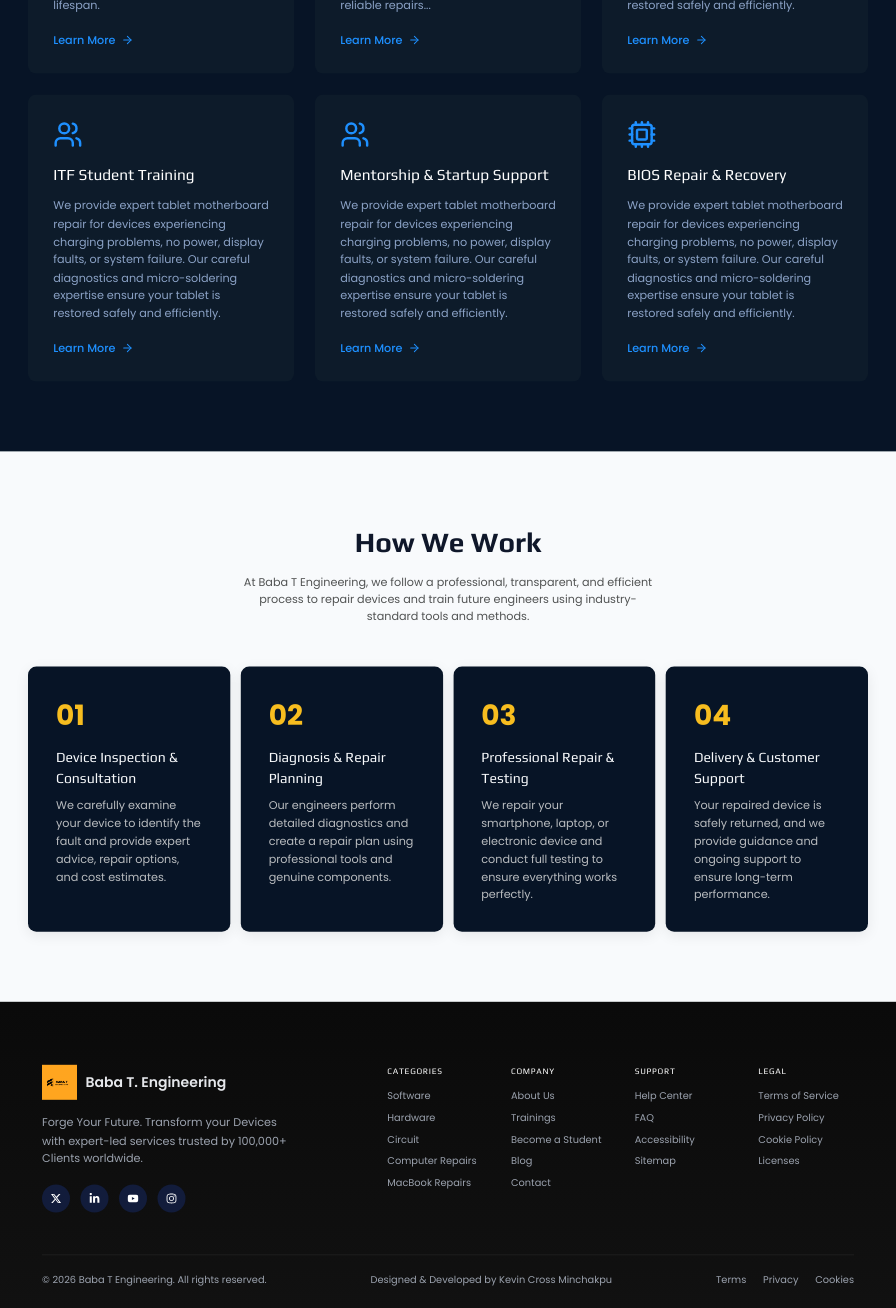
Repository: KC-Minchakpu/babatunde
Page: /services
The author's editor kept a copy of each file at every save. The page is drawn from the files as they stood at one save, then again after the next save.
The browser window is 1280 px wide. The pictures show the part of the page from y = 1093 to 3013 px (the page is 2962 px tall before and 3013 px after), at 70% of full size.
The project was rebuilt for these pictures with package versions that can differ from the ones it lists, and the page was loaded fresh each time. The framework's server and built-in components were replaced by stand-ins that run in the browser. Also part of the build but not shown: next.config.ts.

Above is the page before, as saved 2026-02-23 13:22:23.

### src/app/layout.tsx
import type { Metadata } from "next";
import { Play, Poppins } from "next/font/google";
import "./globals.css";
import Header from "@/components/Header/Header";
import Footer from "@/components/Footer/Footer";

const play = Play({
  variable: "--font-play",
  subsets: ["latin"],
  weight: ["400", "700"],
});

const poppins = Poppins({
  variable: "--font-poppins",
  subsets: ["latin"],
  weight: ["400", "500", "600", "700"],
});

export const metadata: Metadata = {
  title: "Baba T Engineering",
  description: "Official web app of Baba T Engineering, a leading engineering company specializing in innovative solutions and cutting-edge technology.",
};

export default function RootLayout({
  children,
}: Readonly<{
  children: React.ReactNode;
}>) {
  return (
    <html lang="en">
      <body
        className={`${play.variable} ${poppins.variable} antialiased`}
      >
        <Header />
        {children}
        <Footer />
      </body>
    </html>
  );
}

### src/app/services/page.tsx
import HowWeWork from "@/components/Services/HowWeWork";
import Services from "@/components/Services/Services";

export default function ServicesPage() {
  return (
    <>
    <Services />
    <HowWeWork />
    </>
  );
}

### src/app/globals.css
@import "tailwindcss";

:root {
  --background: #f2fafa;
  --foreground: #1f1e1e;
}

body {
  background: var(--background);
  color: var(--foreground);
  font-family: var(--font-poppins);
}

h1, h2, h3, h4, h5, h6 {
  font-family: var(--font-play);
}

h1 {
  color: red;
  font-size: 35px;
}

### src/components/Header/Header.tsx
"use client";

import Link from "next/link";
import Image from "next/image";
import styles from "./Header.module.css";
import { useState } from "react";
import { usePathname } from "next/navigation";

const Header = () => {
  const [isOpen, setIsOpen] = useState(false);
  const pathname = usePathname();

  const isActive = (path: string) => pathname === path;
  const isAboutActive = () => pathname.startsWith("/about");

  return (
    <header className={styles.header}>
      <div className={styles.container}>
        {/* Logo */}
        <div className={styles.logo}>
          <Link href="/">
            <Image
              src="/images/logo23.png"
              alt="Baba T Logo"
              width={60}
              height={60}
            />
          </Link>
          <span className={styles.logoText}>Baba T</span>
        </div>

        {/* Navigation */}
        <nav className={styles.nav}>
          <Link
            href="/"
            className={isActive("/") ? styles.active : ""}
          >
            Home
          </Link>

          <div
            className={styles.dropdown}
            onMouseEnter={() => setIsOpen(true)}
            onMouseLeave={() => setIsOpen(false)}
          >
            <Link
              href="/about"
              className={`${styles.dropdownToggle} ${
                isAboutActive() ? styles.active : ""
              }`}
            >
              About
            </Link>

            {isOpen && (
              <div className={styles.dropdownMenu}>
                <Link href="/about/history" className={isActive("/about/history") ? styles.active : ""}>
                  Our History
                </Link>
                <Link
                  href="/about/team"
                  className={
                    isActive("/about/team") ? styles.active : ""
                  }
                >
                  Our Team
                </Link>
                <Link href="/about/mission" className={isActive("/about/mission") ? styles.active : ""}>
                  Mission & Vision
                </Link>
                <Link href="/about/values" className={isActive("/about/values") ? styles.active : ""}>
                  Core Values
                </Link>
                <Link href="/about/careers" className={isActive("/about/careers") ? styles.active : ""}>
                  Careers
                </Link>
              </div>
            )}
          </div>

          <Link
            href="/admissions"
            className={
              isActive("/admissions") ? styles.active : ""
            }
          >
            Admissions
          </Link>

          <Link
            href="/services"
            className={isActive("/services") ? styles.active : ""}
          >
            Services
          </Link>

          <Link
            href="/training-programs"
            className={
              isActive("/training-programs") ? styles.active : ""
            }
          >
            Training Programs
          </Link>

          <Link
            href="/blog"
            className={isActive("/blog") ? styles.active : ""}
          >
            Blog
          </Link>

          <Link
            href="/contact"
            className={isActive("/contact") ? styles.active : ""}
          >
            Contact Us
          </Link>
        </nav>

        {/* Auth Buttons */}
        <div className={styles.actions}>
          <button className={styles.signIn}>Sign In</button>
          <button className={styles.signUp}>Sign Up</button>
        </div>
      </div>
    </header>
  );
};

export default Header;

### src/components/Footer/Footer.tsx
"use client";

import Image from "next/image";
import styles from "./Footer.module.css";
import {
  FaXTwitter,
  FaLinkedinIn,
  FaYoutube,
  FaInstagram
} from "react-icons/fa6";

export default function Footer() {
  return (
    <footer className={styles.footer}>
      <div className={styles.container}>
        <div className={styles.topSection}>

          {/* LEFT BRAND AREA */}
          <div className={styles.brand}>
            <div className={styles.logo}>
              <Image
                src="/images/logo23.png"
                alt="Baba T Logo"
                width={50}
                height={50}
              />
              <span>Baba T. Engineering</span>
            </div>

            <p>
              Forge Your Future. Transform your Devices with expert-led services
              trusted by 100,000+ Clients worldwide.
            </p>

            {/* SOCIAL ICONS */}
            <div className={styles.socials}>
              <a href="#" aria-label="Twitter">
                <FaXTwitter />
              </a>
              <a href="#" aria-label="LinkedIn">
                <FaLinkedinIn />
              </a>
              <a href="#" aria-label="YouTube">
                <FaYoutube />
              </a>
              <a href="#" aria-label="Instagram">
                <FaInstagram />
              </a>
            </div>
          </div>

          {/* LINKS GRID */}
          <div className={styles.linksGrid}>
            <div>
              <h4>CATEGORIES</h4>
              <a>Software</a>
              <a>Hardware</a>
              <a>Circuit</a>
              <a>Computer Repairs</a>
              <a>MacBook Repairs</a>
            </div>

            <div>
              <h4>COMPANY</h4>
              <a>About Us</a>
              <a>Trainings</a>
              <a>Become a Student</a>
              <a>Blog</a>
              <a>Contact</a>
            </div>

            <div>
              <h4>SUPPORT</h4>
              <a>Help Center</a>
              <a>FAQ</a>
              <a>Accessibility</a>
              <a>Sitemap</a>
            </div>

            <div>
              <h4>LEGAL</h4>
              <a>Terms of Service</a>
              <a>Privacy Policy</a>
              <a>Cookie Policy</a>
              <a>Licenses</a>
            </div>
          </div>
        </div>

        <div className={styles.divider}></div>

        <div className={styles.bottomBar}>
          <p>© 2026 Baba T Engineering. All rights reserved.</p>
          <p>Designed & Developed by Kevin Cross Minchakpu</p>

          <div className={styles.bottomLinks}>
            <a>Terms</a>
            <a>Privacy</a>
            <a>Cookies</a>
          </div>
        </div>
      </div>
    </footer>
  );
}

### src/components/Services/HowWeWork.tsx
import styles from "./HowWeWork.module.css";

export default function HowWeWork() {
  return (
    <section className={styles.section}>
      <div className={styles.container}>
        <div className={styles.header}>
          <h2>How We Work</h2>
          <p>
            At Baba T Engineering, we follow a professional, transparent,
            and efficient process to repair devices and train future engineers
            using industry-standard tools and methods.
          </p>

        </div>
        <div className={styles.grid}>
          <div className={styles.card}>
            <span className={styles.number}>01</span>
            <h3>Device Inspection & Consultation</h3>
            <p>
              We carefully examine your device to identify the fault and
              provide expert advice, repair options, and cost estimates.
            </p>

          </div>
          <div className={styles.card}>
            <span className={styles.number}>02</span>
            <h3>Diagnosis & Repair Planning</h3>
            <p>
              Our engineers perform detailed diagnostics and create a repair
              plan using professional tools and genuine components.
            </p>

          </div>
          <div className={styles.card}>
            <span className={styles.number}>03</span>
            <h3>Professional Repair & Testing</h3>
            <p>
              We repair your smartphone, laptop, or electronic device and
              conduct full testing to ensure everything works perfectly.
            </p>
          </div>
          <div className={styles.card}>
            <span className={styles.number}>04</span>
            <h3>Delivery & Customer Support</h3>
            <p>
              Your repaired device is safely returned, and we provide guidance
              and ongoing support to ensure long-term performance.
            </p>
          </div>
        </div>
      </div>
    </section>
  );
}

### src/components/Services/Services.tsx
"use client";

import styles from "./Services.module.css";
import {
  Smartphone,
  Monitor,
  BatteryCharging,
  Cpu,
  CircuitBoard,
  Tablet,
  ArrowRight,
  Users,
} from "lucide-react";

const services = [
  {
    title: "Smartphone Board Repair",
    description:
      "We specialize in diagnosing and repairing smartphone motherboard faults caused by power issues, water damage, short circuits, and component failure. Our technicians use advanced tools and precision techniques to restore full functionality.",
    icon: Smartphone,
  },
  {
    title: "Computer Diagnostics",
    description:
      "Using advanced diagnostic tools, we identify hardware and software issues affecting system performance. From startup failures to overheating, we provide accurate assessments and effective solutions.",
    icon: Monitor,
  },
  {
    title: "Power Supply Fixes",
    description:
      "We repair and replace damaged power supply units, charging ports, and internal circuits to ensure stable power flow and device safety. Our precision work prevents further damage and enhances reliability.",
    icon: BatteryCharging,
  },
  {
    title: "Motherboard Repairs",
    description:
      "We specialize in diagnosing and repairing faulty motherboards for laptops and desktops. Our expert technicians handle complex component-level repairs to restore full functionality and extend your device’s lifespan.",
    icon: Cpu,
  },
  {
    title: "Circuit Board Fixes",
    description:
      "Our circuit board repair service focuses on identifying and fixing damaged, burnt, or malfunctioning components on electronic boards. Whether caused by electrical faults, physical damage, or wear, we provide reliable repairs...",
    icon: CircuitBoard,
  },
  {
    title: "Tablet Board Repair",
    description:
      "We provide expert tablet motherboard repair for devices experiencing charging problems, no power, display faults, or system failure. Our careful diagnostics and micro-soldering expertise ensure your tablet is restored safely and efficiently.",
    icon: Tablet,
  },
  {
    title: "ITF Student Training",
    description:
      "We provide expert tablet motherboard repair for devices experiencing charging problems, no power, display faults, or system failure. Our careful diagnostics and micro-soldering expertise ensure your tablet is restored safely and efficiently.",
    icon: Users,
  },
  {
    title: "Mentorship & Startup Support",
    description:
      "We provide expert tablet motherboard repair for devices experiencing charging problems, no power, display faults, or system failure. Our careful diagnostics and micro-soldering expertise ensure your tablet is restored safely and efficiently.",
    icon: Users,
  },
  {
    title: "BIOS Repair & Recovery",
    description:
      "We provide expert tablet motherboard repair for devices experiencing charging problems, no power, display faults, or system failure. Our careful diagnostics and micro-soldering expertise ensure your tablet is restored safely and efficiently.",
    icon: Cpu,
  },
];

export default function Services() {
  return (
    <section className={styles.services}>
      <div className={styles.container}>
        <h2 className={styles.title}>Services</h2>

        <p className={styles.subtitle}>
          Necessitatibus eius consequatur ex aliquid fuga eum quidem sint
          consectetur velit
        </p>

        <div className={styles.grid}>
          {services.map((service, index) => {
            const Icon = service.icon;

            return (
              <div key={index} className={styles.card}>
                <Icon className={styles.icon} size={42} />

                <h3>{service.title}</h3>

                <p>{service.description}</p>

                <a href="#" className={styles.link}>
                  Learn More <ArrowRight size={18} />
                </a>
              </div>
            );
          })}
        </div>
      </div>
    </section>
  );
}

### src/components/Header/Header.module.css
.header {
  width: 100%;
  height: 100px;
  background: #0F1A20;
  padding: 20px;
  position: sticky;
  top: 0;
  z-index: 1000;
}

.container {
  width: 90%;
  margin: 0 auto;
  display: flex;
  align-items: center;
  justify-content: space-between;
}

/* Logo */
.logo {
  display: flex;
  align-items: center;
  gap: 8px;
  cursor: pointer;
}

.logoCircle {
  width: 40px;
  height: 40px;
  border-radius: 50%;
  background: linear-gradient(135deg, #8e2de2, #4a00e0);
  display: flex;
  align-items: center;
  justify-content: center;
  color: white;
  font-weight: bold;
}

.logoText {
  font-size: 25px;
  font-weight: 600;
  color: #ffffff;
  font-family: "Poppins", sans-serif;
}

/* Nav */
.nav {
  display: flex;
  align-items: center;
  gap: 24px;
  font-family: 'Play', sans-serif;

}

.nav a,
.dropdownToggle {
  color: #ffffff;
  text-decoration: none;
  font-size: 19px;
  cursor: pointer;
  position: relative;
  transition: color 0.3s ease;
}

.nav a:hover,
.dropdownToggle:hover {
  color: #FFD23F;
}

/* Dropdown */
.dropdown {
  position: relative;
}

.dropdownMenu {
  position: absolute;
  width: 250px;
  top: 35px;
  left: 0;
  background: #0F1A20;
  border-radius: 8px;
  padding: 10px 0;
  min-width: 180px;
  box-shadow: 0 10px 25px rgba(0, 0, 0, 0.15);
  display: flex;
  flex-direction: column;
}

.dropdownMenu a {
  padding: 10px 16px;
  color: #ffffff;
  font-size: 19px;
  text-decoration: none;
  transition: background 0.2s ease;
}

.dropdownMenu a:hover {
  color: #FFD23F;
}

/* Buttons */
.actions {
  display: flex;
  gap: 12px;
}

.signIn {
  padding: 8px 18px;
  border-radius: 8px;
  border: none;
  cursor: pointer;
  color: white;
  background: #143458;
  font-size: 14px;
}

.signUp {
  padding: 8px 18px;
  border-radius: 8px;
  border: none;
  cursor: pointer;
  color: white;
  background: #63054b;
  font-size: 14px;
}

/* Responsive */
@media (max-width: 1024px) {
  .nav {
    display: none;
  }
}

.active {
  color: #f1b32b;
  font-weight: 600;
  position: relative;
}

.active::after {
  content: "";
  position: absolute;
  left: 0;
  bottom: -6px;
  width: 100%;
  height: 2px;
  background-color: #e9c03a;
}

### src/components/Footer/Footer.module.css
.footer {
  background: linear-gradient(
    180deg,
    #0a0a0a,
    #111111
  );
  color: #e5e7eb;
  padding: 90px 0 30px;
}

.container {
  max-width: 1200px;
  margin: 0 auto;
  padding: 0 20px;
}

/* TOP SECTION */
.topSection {
  display: flex;
  justify-content: space-between;
  gap: 60px;
}

/* BRAND */
.brand {
  flex: 1.3;
}

.logo {
  display: flex;
  align-items: center;
  gap: 12px;
  font-weight: 600;
  font-size: 20px;
  margin-bottom: 20px;
}

.logoBox {
  width: 34px;
  height: 34px;
  border-radius: 10px;
  background: linear-gradient(135deg, #14b8a6, #f97316);
}

.brand p {
  color: #9ca3af;
  line-height: 1.6;
  margin-bottom: 24px;
  max-width: 350px;
}

/* =========================
   SOCIAL ICONS
========================= */
.socials {
  display: flex;
  gap: 15px;
  margin-top: 20px;
}

.socials a {
  width: 40px;
  height: 40px;
  background: #121c3b;
  border-radius: 50%;
  display: flex;
  align-items: center;
  justify-content: center;
  color: #ffffff;
  font-size: 16px;
  transition: all 0.3s ease;
}

.socials a:hover {
  background: #f8af28;
  transform: translateY(-4px);
}


/* LINKS GRID */
.linksGrid {
  flex: 2;
  display: grid;
  grid-template-columns: repeat(4, 1fr);
  gap: 40px;
}

.linksGrid h4 {
  font-size: 12px;
  letter-spacing: 1px;
  margin-bottom: 16px;
  color: #ffffff;
}

.linksGrid a {
  display: block;
  font-size: 14px;
  color: #9ca3af;
  margin-bottom: 10px;
  cursor: pointer;
  transition: color 0.3s ease;
}

.linksGrid a:hover {
  color: #ffffff;
}

/* DIVIDER */
.divider {
  height: 1px;
  background: rgba(255, 255, 255, 0.08);
  margin: 60px 0 25px;
}

/* BOTTOM BAR */
.bottomBar {
  display: flex;
  justify-content: space-between;
  align-items: center;
  font-size: 14px;
  color: #9ca3af;
}

.bottomLinks {
  display: flex;
  gap: 24px;
}

.bottomLinks a {
  cursor: pointer;
  transition: color 0.3s ease;
}

.bottomLinks a:hover {
  color: white;
}

/* RESPONSIVE */
@media (max-width: 1024px) {
  .topSection {
    flex-direction: column;
    gap: 50px;
  }

  .linksGrid {
    grid-template-columns: repeat(2, 1fr);
  }

  .bottomBar {
    flex-direction: column;
    gap: 15px;
    text-align: center;
  }
}

@media (max-width: 600px) {
  .linksGrid {
    grid-template-columns: 1fr;
  }
}

### src/components/Services/HowWeWork.module.css
.section {
padding: 100px 20px;
background: #f8fafc;

}


.container {
max-width: 1200px;
margin: auto;

}


.header {
text-align: center;
margin-bottom: 60px;
}


.header h2 {
font-size: 40px;
font-weight: bold;
color: #0f172a;
margin-bottom: 15px;
}


.header p {
color: #505252;
font-size: 1rem;
max-width: 600px;
margin: auto;
}



.grid {
display: grid;
grid-template-columns: repeat(auto-fit, minmax(280px, 1fr));
gap: 15px;
}

.card {
background: #071426;
padding: 40px;
border-radius: 12px;
box-shadow: 0 5px 20px rgba(0,0,0,0.08);
transition: 0.3s;
}


.card:hover {
transform: translateY(-8px);
}


.number {
font-size: 40px;
font-weight: bold;
color: #f7bd1f;
display: block;
margin-bottom: 15px;
}


.card h3 {
font-size: 20px;
margin-bottom: 10px;
color: #f8fafc;
}


.card p {
color: #babdc0;
line-height: 1.6;
}

### src/components/Services/Services.module.css
.services {
  background: #071426;
  padding: 100px 20px;
  color: white;
}

.container {
  max-width: 1200px;
  margin: auto;
  text-align: center;
}

.title {
  font-size: 36px;
  font-weight: 700;
  margin-bottom: 10px;
}

.subtitle {
  color: #8ca3c7;
  margin-bottom: 60px;
}

.grid {
  display: grid;
  grid-template-columns: repeat(auto-fit, minmax(320px, 1fr));
  gap: 30px;
}

.card {
  background: #0d1b2a;
  padding: 35px;
  border-radius: 12px;
  text-align: left;

  transition: all 0.3s ease;

  border: 1px solid transparent;
}

.card:hover {
  transform: translateY(-8px);
  border-color: #1e90ff;
}

.icon {
  color: #1e90ff;
  margin-bottom: 20px;

}

.card h3 {
  margin-bottom: 15px;
  font-size: 22px;
}

.card p {
  color: #8ca3c7;
  margin-bottom: 25px;
  line-height: 1.6;
}

.link {
  display: inline-flex;
  align-items: center;
  gap: 8px;

  color: #1e90ff;
  text-decoration: none;
  font-weight: 500;
}

.link:hover {
  text-decoration: underline;
}

After the next save:
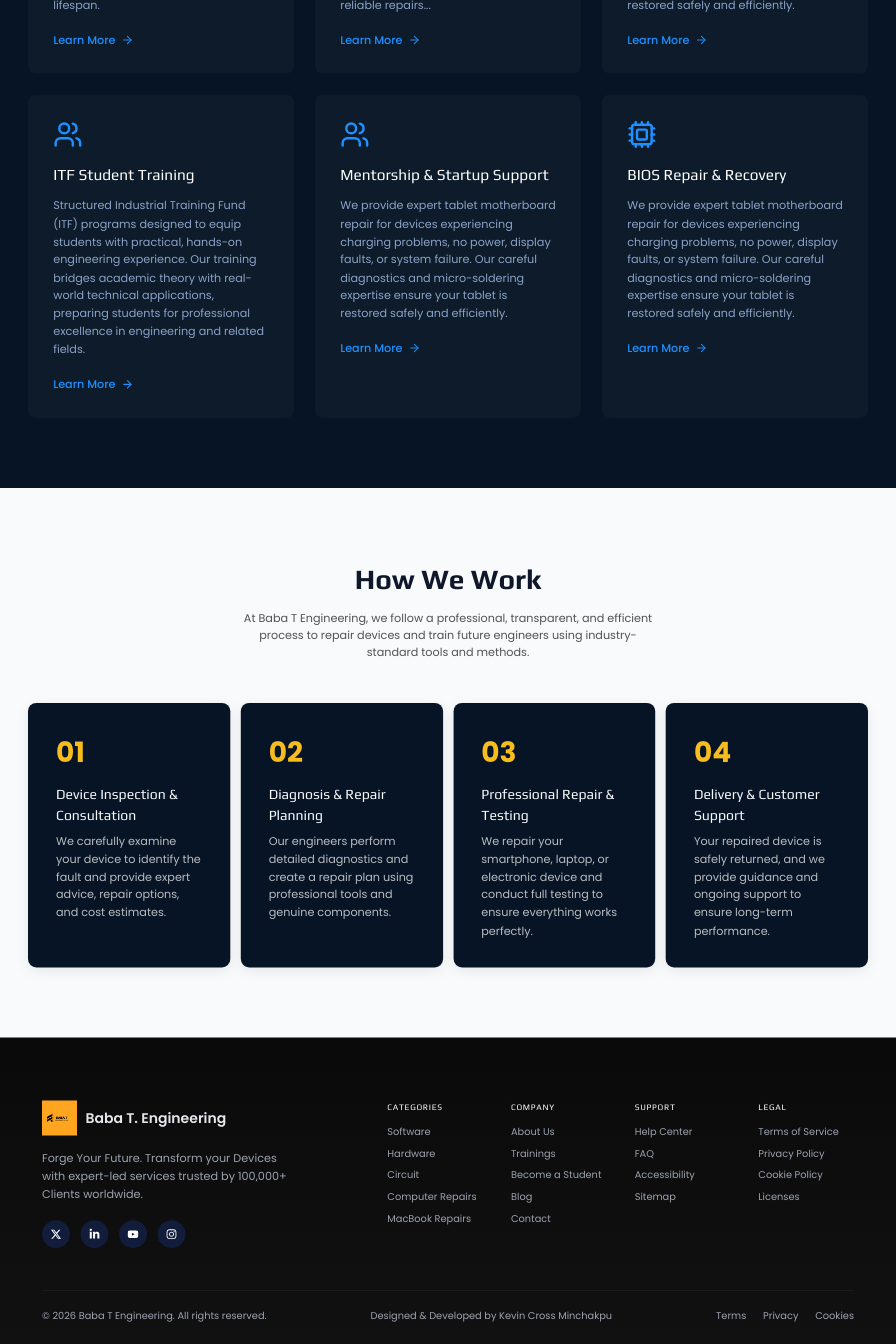
Saved 2 min 7 s later.
--- a/src/components/Services/Services.tsx
+++ b/src/components/Services/Services.tsx
@@ -52,7 +52,7 @@ const services = [
   {
     title: "ITF Student Training",
     description:
-      "We provide expert tablet motherboard repair for devices experiencing charging problems, no power, display faults, or system failure. Our careful diagnostics and micro-soldering expertise ensure your tablet is restored safely and efficiently.",
+      "Structured Industrial Training Fund (ITF) programs designed to equip students with practical, hands-on engineering experience. Our training bridges academic theory with real-world technical applications, preparing students for professional excellence in engineering and related fields. ",
     icon: Users,
   },
   {
